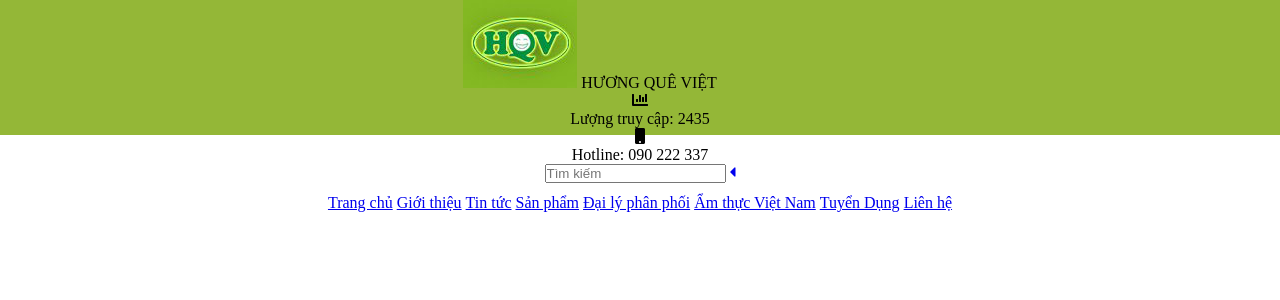
Repository: NgocTruong0701/Self_Learning
Page: html/practice/Baitapweb/index.html
These files come from the project's save history. The page is drawn as it stood at one moment and after a run of saves; the edit follows.
The browser window is 1280 px wide. The pictures show the whole page.

Above is the page before, as saved 2021-10-06 16:48:41.

### html/practice/Baitapweb/index.html
<!DOCTYPE html>
<html>
    <head>
        <title>Web Bài 4</title>
        <meta charset="UTF-8">
        <meta name="author" content="Lê Ngọc Trường">
        <link rel="stylesheet" type="text/css" href="./assets/css/styles.css">
        <link rel="stylesheet" href="./assets/font/fontawesome-free-5.15.4-web/css/all.css">
    </head>

    <body>
        <!-- Begin Header -->
        <header>
            <!-- Khối bên phải -->
            <div class="box-left">
                <!-- logo -->
                <div class="logo">
                    <img src="./assets/pictures/logo/logo.jpg" alt="logo">
                </div>

                <!-- tiêu đề -->
                <div class="header-heading">
                    hương quê việt
                </div>
            </div>

            <!-- khối bên phải -->
            <div class="box-right">
                <div class="thongtin">
                    <div class="ltruycap">
                        <i class="fas fa-chart-bar"></i>
                        <p>Lượng truy cập: 2435</p>
                    </div>

                    <div class="hotline">
                        <i class="fas fa-mobile"></i>
                        <p>Hotline: 090 222 337</p>
                    </div>
                </div>

                <div class="search">
                    <form action="url" method="GET">
                        <input type="text" placeholder="Tìm kiếm">
                        <a href="#">
                            <i class="fas fa-caret-left"></i>
                        </a>
                    </form>
                </div>
            </div>

            <!-- menu header -->
            <div class="menu-header">
                <ul class="menu-tren">
                    <li><a href="#">Trang chủ</a></li>
                    <li><a href="#">Giới thiệu</a></li>
                    <li><a href="#">Tin tức</a></li>
                    <li><a href="#">Sản phẩm</a></li>
                    <li><a href="#">Đại lý phân phối</a></li>
                    <li><a href="#">Ẩm thực Việt Nam</a></li>
                    <li><a href="#">Tuyển Dụng</a></li>
                    <li><a href="#">Liên hệ</a></li>
                </ul>
            </div>

        </header>
        <!-- End Header -->

        <!-- Begin Body -->
        <div id="container">

        </div>
        <!-- End Body -->

        <!-- Begin Footer -->
        <footer>

        </footer>
        <!-- End Footer -->
    </body>
</html>

### html/practice/Baitapweb/assets/css/styles.css
/* RESET CSS */
*{
    padding:0;
    margin: 0;
    box-sizing:border-box;
}

/* Begin Header */
header{
    background-color: #94b737;
    text-align: center;
    width: 100%;
    height: 135px;
}

.logo{
    display: inline-block;
}

.header-heading{
    text-transform: uppercase;
    display: inline-block;
    padding-right:100px;
    height:

}

header .box-left{
    height: calc(135px-40px);
}

header .box-right{
    display: inline-block;
}

.menu-header{
    height: 40px;
}


.menu-tren li{
    display: inline-block;
}

.menu-tren li a{
    line-height: 40px;
}


/* End Header */

/* Begin Container */




/* End Container */

/* Begin Footer */





/* End Footer */

Loaded but not shown: html/practice/Baitapweb/Web4-Webside-LeNgocTruong-2020601391/assets/font/fontawesome-free-5.15.4-web/css/all.css (library)

After the next 2 saves:
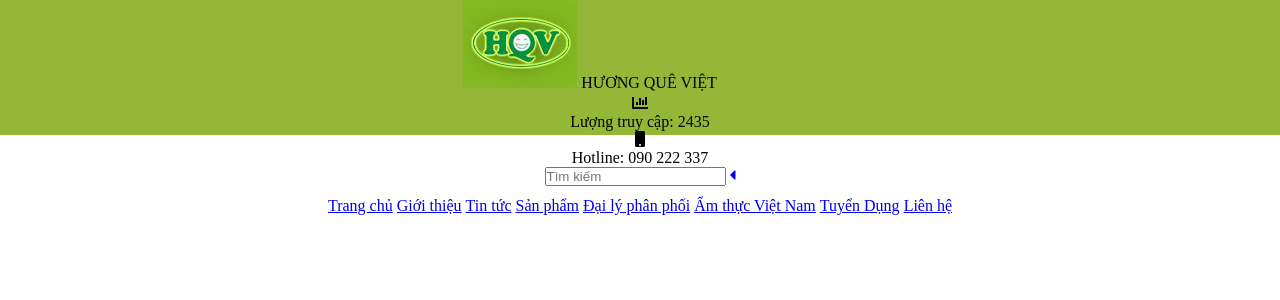
The 2 saves are shown as one change because they came seconds apart.
The last was saved 6 s later.
--- a/html/practice/Baitapweb/assets/css/styles.css
+++ b/html/practice/Baitapweb/assets/css/styles.css
@@ -26,7 +26,7 @@ header{
 }
 
 header .box-left{
-    height: calc(135px-40px);
+    height: calc(135px - 40px);
 }
 
 header .box-right{

After the 2 saves that followed:
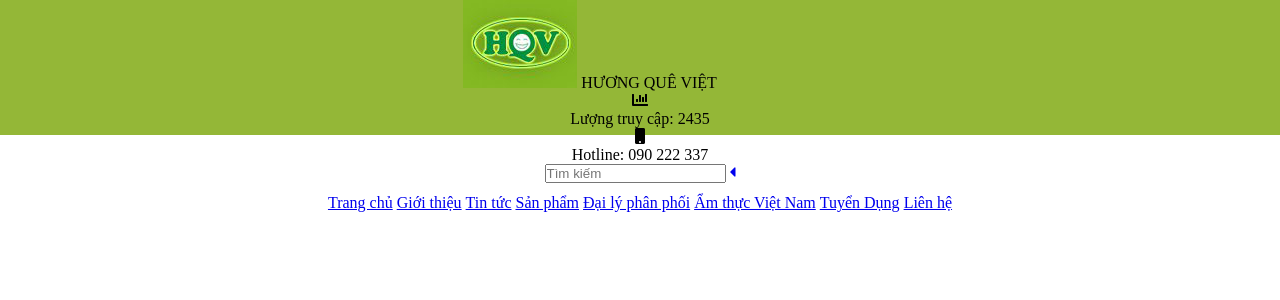
The 2 saves are shown as one change because they came seconds apart.
The last was saved 17 s later.
--- a/html/practice/Baitapweb/assets/css/styles.css
+++ b/html/practice/Baitapweb/assets/css/styles.css
@@ -26,7 +26,6 @@ header{
 }
 
 header .box-left{
-    height: calc(135px - 40px);
 }
 
 header .box-right{
